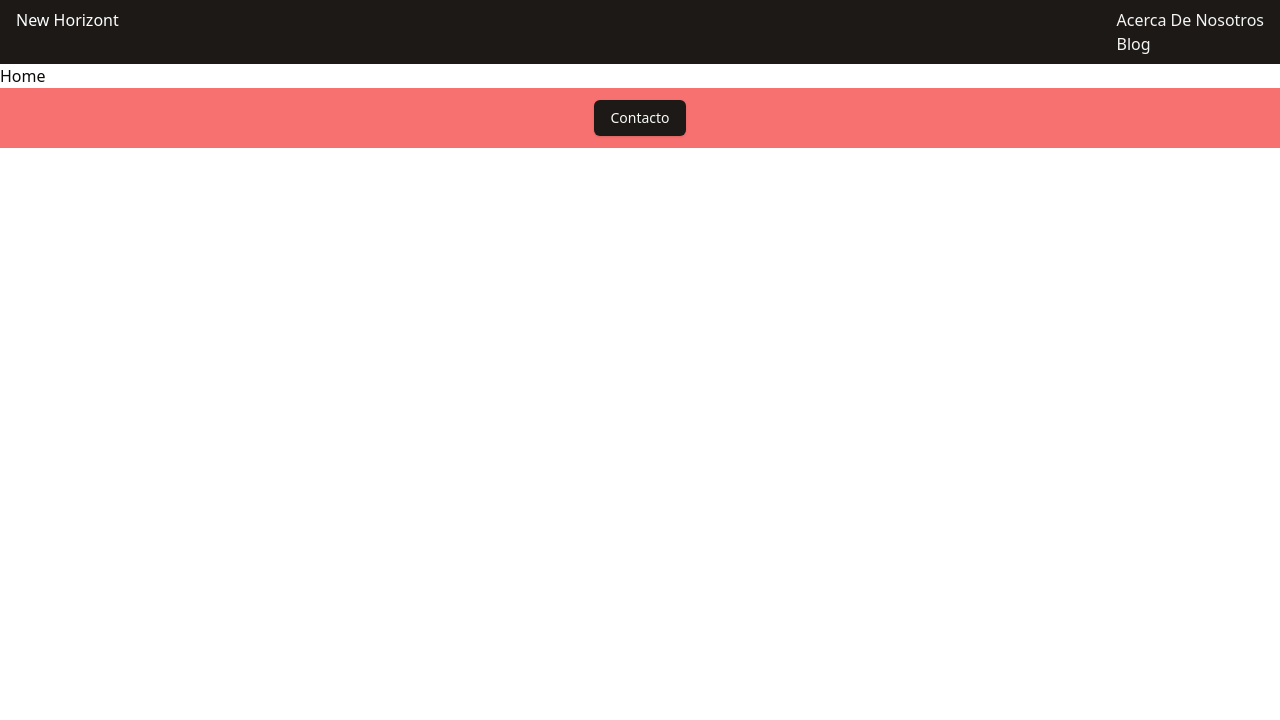
Repository: jefrydep/new-horizont-school
Page: /
The author's editor kept a copy of each file at every save. The page is drawn from the files as they stood at one save, then again after the next save.
The browser window is 1280 px wide. The pictures show the whole page.
The project was rebuilt for these pictures with package versions that can differ from the ones it lists, and the page was loaded fresh each time. The framework's server and built-in components were replaced by stand-ins that run in the browser. Also part of the build but not shown: next.config.ts.

Above is the page before, as saved 2024-11-07 17:32:43.

After the next save:
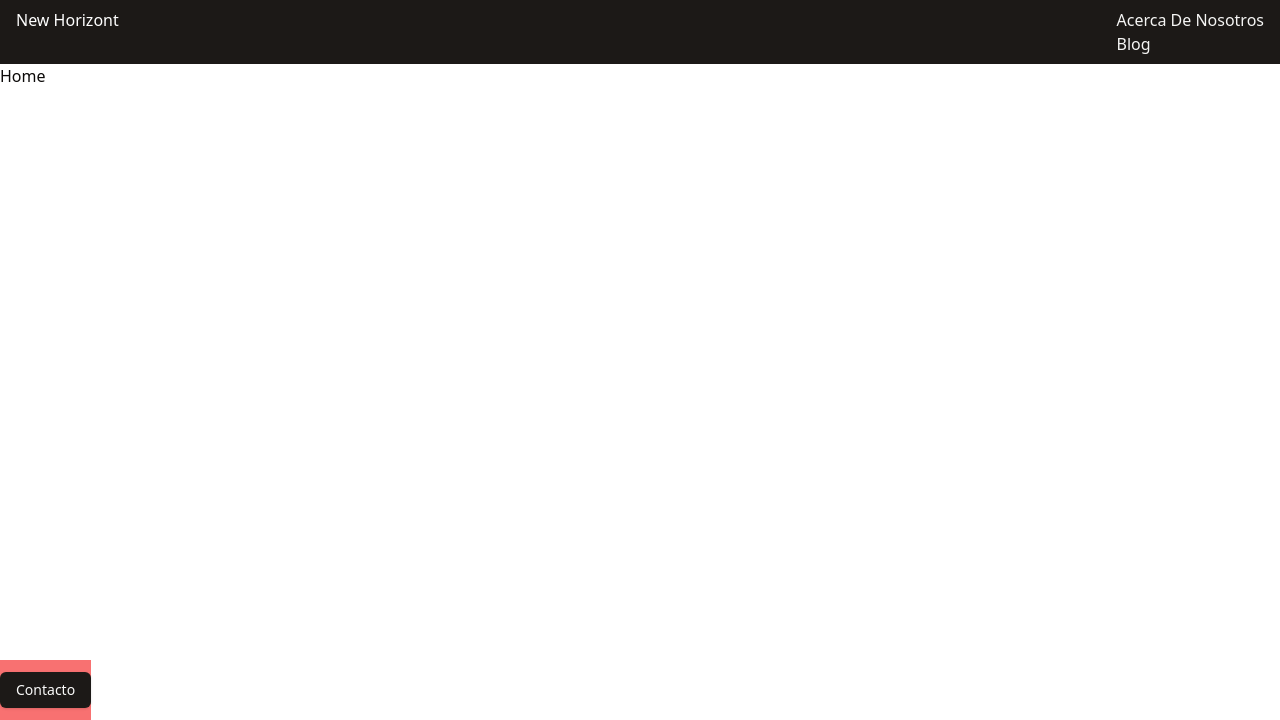
Saved 8 s later.
--- a/src/app/layout.tsx
+++ b/src/app/layout.tsx
@@ -32,7 +32,7 @@ export default function RootLayout({
       >
         <Navbar />
         {children}
-        <div className=" bg-red-400 flex justify-center py-3">
+        <div className=" bg-red-400 flex justify-center py-3 absolute bottom-0">
           <Button>Contacto</Button>
         </div>
         {/* <div className="absolute bg-red-400 bottom-0 left-1/2 transform -translate-x-1/2 mb-4">
